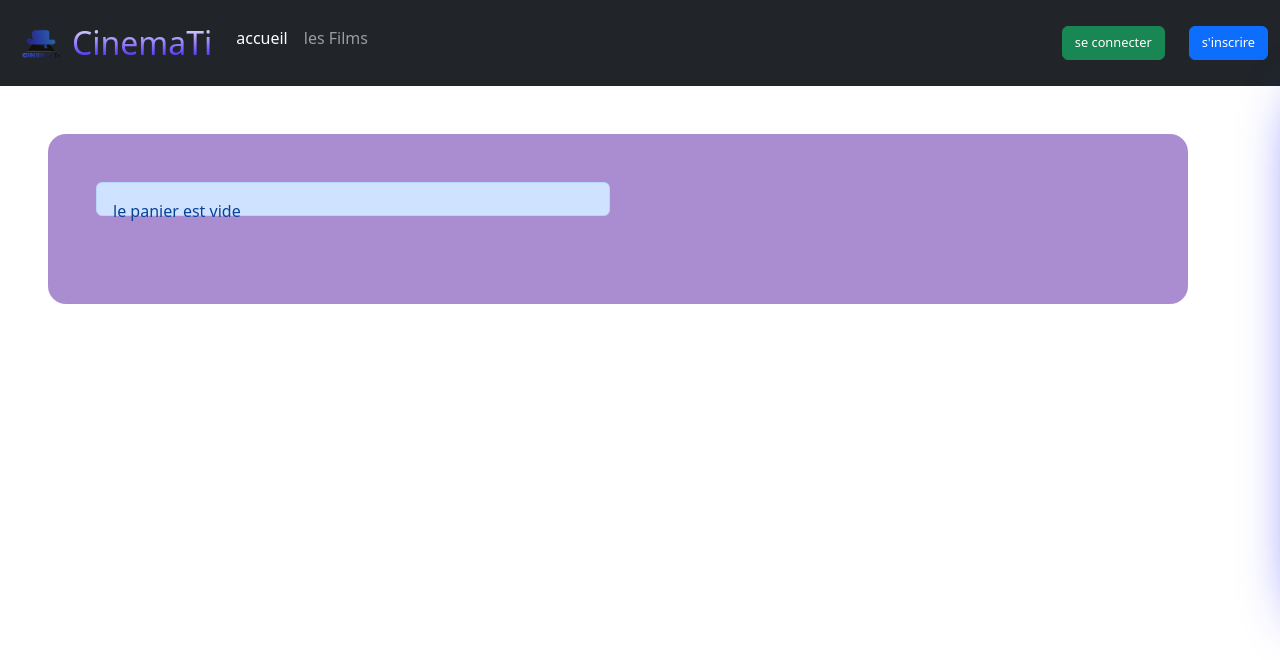
Repository: ahmed-rabah/cinemaMiniProject
Page: http://localhost/finaliserCommande.php
The author's editor kept a copy of each file at every save. The page is drawn from the files as they stood at one save, then again after the next save.
The browser window is 1280 px wide. The pictures show the whole page.
The page is run by PHP 8.4 with error messages shown; the project is at /var/www/html/.

Above is the page before, as saved 2023-01-12 12:37:24.
Console error: TypeError: Cannot read properties of null (reading 'addEventListener')

After the next save:
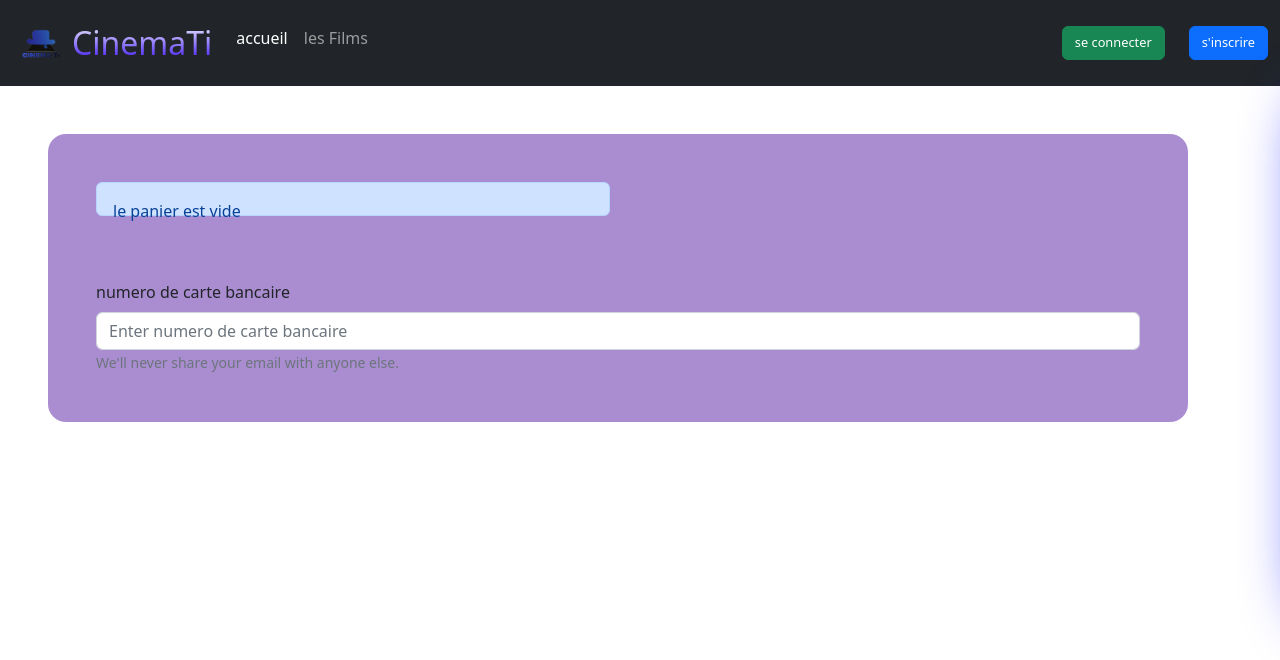
Saved 15 min 44 s later.
--- a/finaliserCommande.php
+++ b/finaliserCommande.php
@@ -25,6 +25,14 @@
     </header>
     <main class="container">
         <section class="" id="cartContainer"></section>
+
+        <form action="./functions/commanderProcess.php" method="post">
+                <div class="form-group">
+                    <label for="cardNumber" class="form-label mt-4">numero de carte bancaire</label>
+                    <input type="text" class="form-control" id="cardNumber" aria-describedby="numberMsg" placeholder="Enter numero de carte bancaire">
+                    <small id="numberMsg" class="form-text text-muted">We'll never share your email with anyone else.</small>
+                </div>
+        </form>
     </main>
 
     <div class="absoluteCart m-2 p-1"></div>
